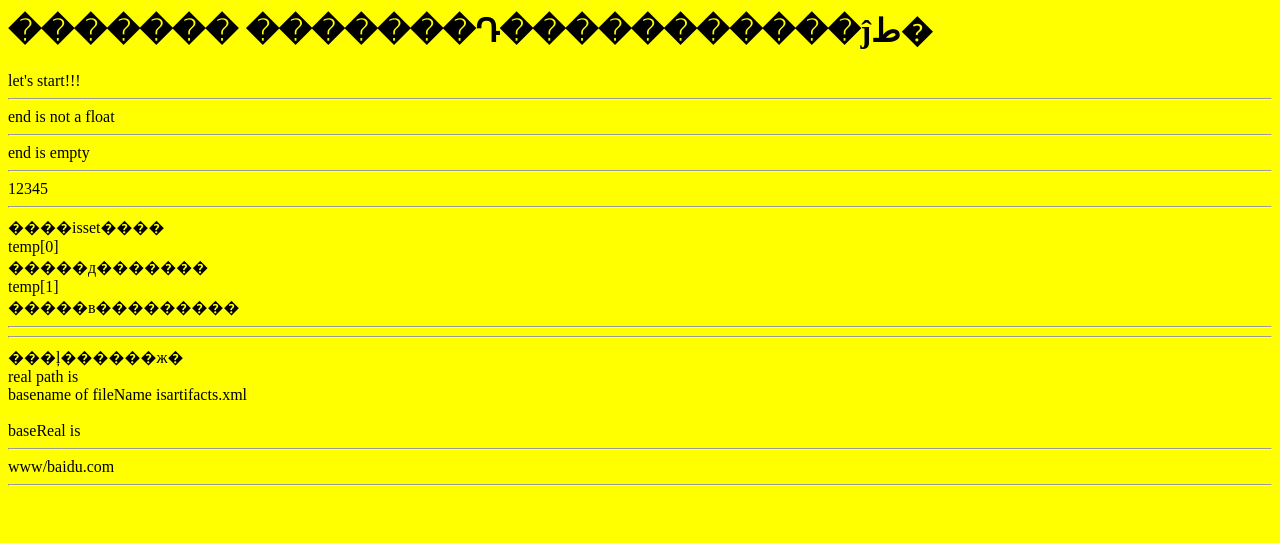
Repository: hanliyao/HelloWorld
Page: http://localhost/core/Common/testUnit.php
These files come from the project's save history. The page is drawn as it stood at one moment and after the next save; the edit follows.
The browser window is 1280 px wide. The pictures show the whole page.
The page is run by PHP 8.4 with error messages shown; the project is at /var/www/html/.

Above is the page before, as saved 2016-02-05 03:05:57.

After the next save:
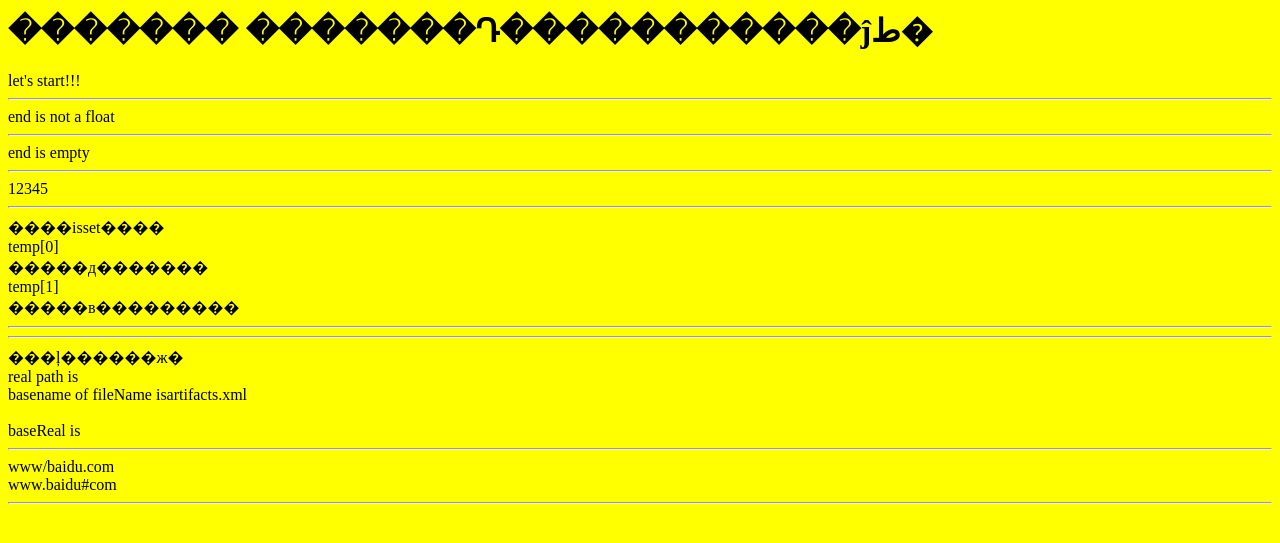
Saved 50 s later.
--- a/HelloWorld/core/Common/testUnit.php
+++ b/HelloWorld/core/Common/testUnit.php
@@ -82,6 +82,7 @@
            $name = "www.baidu#com";
            $defName = str_replace(array('.','#'), array('/','.'), $name);
            echo $defName."<br>";
+           echo $name;
            echo "<hr>";
            ?>
     </body>
